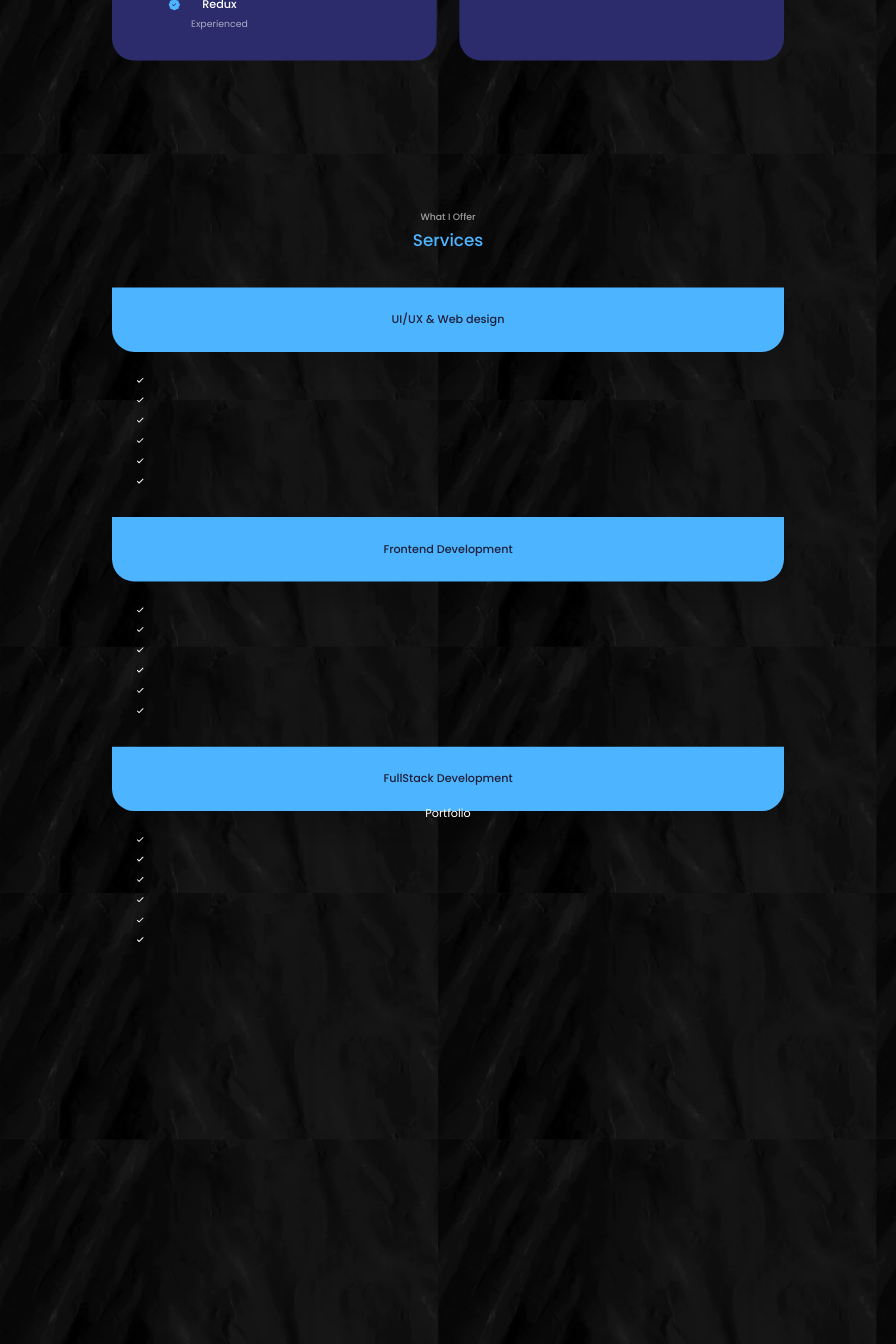
Repository: mayuri2018/Mr_react_portfolio
Page: /
An editor plug-in stored every save of this project. The page is shown before and after the next save, followed by the edit.
The browser window is 1280 px wide. The pictures show the part of the page from y = 2244 to 4164 px (the page is 5835 px tall), at 70% of full size.
The project was rebuilt for these pictures with package versions that can differ from the ones it lists, and the page was loaded fresh each time. Also part of the build but not shown: src/components/portfolio/portfolio.css, src/components/testimonials/testimonials.css, src/components/contact/contact.css, src/components/footer/footer.css.

Above is the page before, as saved 2023-01-25 14:59:39.

### public/index.html
<!DOCTYPE html>
<html lang="en">
  <head>
    <meta charset="utf-8" />
    <link rel="icon" href="%PUBLIC_URL%/favicon.ico" />
    <meta name="viewport" content="width=device-width, initial-scale=1" />
    <meta name="theme-color" content="#000000" />
    <meta
      name="description"
      content="Web site created using create-react-app"
    />
    <link rel="apple-touch-icon" href="%PUBLIC_URL%/logo192.png" />
    <!--
      manifest.json provides metadata used when your web app is installed on a
      user's mobile device or desktop. See https://developers.google.com/web/fundamentals/web-app-manifest/
    -->
    <link rel="manifest" href="%PUBLIC_URL%/manifest.json" />
    <!--
      Notice the use of %PUBLIC_URL% in the tags above.
      It will be replaced with the URL of the `public` folder during the build.
      Only files inside the `public` folder can be referenced from the HTML.

      Unlike "/favicon.ico" or "favicon.ico", "%PUBLIC_URL%/favicon.ico" will
      work correctly both with client-side routing and a non-root public URL.
      Learn how to configure a non-root public URL by running `npm run build`.
    -->
    <title>React portfolio</title>
  </head>
  <body>
    <noscript>You need to enable JavaScript to run this app.</noscript>
    <div id="root"></div>
    <!--
      This HTML file is a template.
      If you open it directly in the browser, you will see an empty page.

      You can add webfonts, meta tags, or analytics to this file.
      The build step will place the bundled scripts into the <body> tag.

      To begin the development, run `npm start` or `yarn start`.
      To create a production bundle, use `npm run build` or `yarn build`.
    -->
  </body>
</html>

### src/index.css
@import url('https://fonts.googleapis.com/css2?family=Poppins:wght@300;400;500;600&display=swap');
*{
  margin:0;
  padding: 0;
  border: 0;
  outline: 0;
  box-sizing:border-box;
  list-style: none;
  text-decoration: none;
}
:root{
  --color-bg:#1f1f38;
  --color-bg-variant:#2c2c6c;
  --color-primary:#4db5ff;
  --color-primary-vriant:rgba(77,181,255,0.4);
  --color-white:#fff;
  --color-light:rgba(255, 255, 255, 0.6);
  --transition: all 400ms;
  --container-width-lg:75%;
  --container-width-md:86%;
  --container-width-sm:90%;
}

html {
  scroll-behavior: smooth;
}

::-webkit-scrollbar{
  display: none;
}
body{
  font-family: "Poppins", sans-serif;
  background:var (--color-white);
  color: var(--color-white);
  line-height: 1.7;
  background-image: url(../src/assets/bg-texture.webp);
}
/*---------general style---------*/
.container{
  width: var(--container-width-lg);
  margin: 0 auto;
}

h1,
h2,
h3,
h4,
h5{
  font-weight:500;
}
h1{
  font-size: 2.5rem;
}
section{
  margin-top: 8rem;
  height: 100vh;
}
section > h2,
section >h5{
  text-align: center;
  color: var(--color-light);
}
section > h2{
  color: var(--color-primary);
  margin-bottom: 3rem;
}
.text-light{
  color: var(--color-light);
}
a{
  color: var(--color-primary);
  transition: var(--transition);
}
a:hover{
  color: var(--color-white);
}
.btn{
  width: max-content;
  display: inline-block;
  color: var(--color-primary);
  padding: 0.75rem 1.2rem;
  border-radius: 0.4rem;
  cursor: pointer;
  border: 1px solid var(--color-primary);
  transition: var(--transition);
}
.btn:hover{
  background: var(--color-white);
  color: var(--color-bg);
  border-color: transparent;
}
.btn-primary{
  background: var(--color-primary);
  color: var(--color-bg);
}
img{
  display: block;
  width: 100%;
  object-fit: cover;
}
/*----------Media Queries (Medium devices)-----*/
@media screen and (max-width: 1024px){
  .container{
    width: var(--container-width-md);
  }
  section{
    margin-top: 6rem;
  }

}
/*----------Media Queries (small devices)-----*/
@media screen and (max-width: 600px){
  .container{
    width: var(--container-width-md);
  }
  section > h2{
    margin-bottom: 2rem;
  }

}

### src/components/header/Header.jsx
import React from "react";
import "./header.css";
import ME from "../../assets/ME.jpeg";
import CTA from "./CTA";
import HeaderSocials from "./HeaderSocials";

export default function Header(){
    return(
        <header>
            <div className="container header_container">
                <h5>Hello I'm</h5>
                <h1>Mayuri Vaddempudi</h1>
                <h5 className="text-light">Fullstack Developer</h5>
                <CTA/>
                <HeaderSocials/>
                <div className="me">
                    <img src={ME} alt="me"/>
                </div>
                <a href="#contact" className="scroll_down">Scroll Down</a>
            </div>
        </header>

    )
}

### src/components/nav/Nav.jsx
import React from "react";
import "./nav.css";
import {AiOutlineHome} from "react-icons/ai";
import {BiBook} from "react-icons/bi";
import {AiOutlineUser} from "react-icons/ai";
import {RiServiceLine} from "react-icons/ri";
import {BiMessageSquareDetail} from "react-icons/bi";
import { useState } from "react";

export default function Nav(){
    const[activeNav, setActiveNav] = useState("#")
    return(
        <nav>
            <a href="#" onClick = {()=> setActiveNav("#")}className={activeNav === "#" ? "active" : ""}><AiOutlineHome/></a>
            <a href="#about" onClick = {()=> setActiveNav("#about")}className={activeNav === "#about" ? "active" : ""}><AiOutlineUser/></a>
            <a href="#experience" onClick = {()=> setActiveNav("#experience")}className={activeNav === "#experience" ? "active" : ""}><BiBook/></a>
            <a href="#services" onClick = {()=> setActiveNav("#services")}className={activeNav === "#services" ? "active" : ""}><RiServiceLine/></a>
            <a href="#contact" onClick = {()=> setActiveNav("#contact")}className={activeNav === "#contact" ? "active" : ""}><BiMessageSquareDetail/></a>
        </nav>

    )
}

### src/components/about/About.jsx
import React from "react";
import "./about.css";
import ME from "../../assets/ME.jpeg";
import{FaAward} from "react-icons/fa";
import{FiUsers} from "react-icons/fi";
import{VscFolderLibrary} from "react-icons/vsc";

export default function About(){
    return(
        <section id="about">
            <h5>Get To Know</h5>
            <h2>About Me</h2>
            <div className="container about_container">
                <div className="about_me">
                    <div className="about_me-image">
                        <img src={ME} alt="About-image"/>
                    </div>
                </div>

                <div className="about_content">
                    <div className="about_cards">
                        <article className="about_card">
                            <FaAward className="about_icon"/>
                            <h5>Experience</h5>
                            <small>4+ Years working</small>
                        </article>

                        <article className="about_card">
                            <FiUsers className="about_icon"/>
                            <h5>Clients</h5>
                            <small>5 Worldwide</small>
                        </article>

                        <article className="about_card">
                            <VscFolderLibrary className="about_icon"/>
                            <h5>Projects</h5>
                            <small>5+ Completed</small>
                        </article>
                    </div>
                    <p>
                    Overall with 4 years of experience including design & developing for building websites.
                    My experience in web design led me to learn technologies such as SEO, Google Analytics,
                    Schema Markup and Wireframe.
                    Passionate about work in cross-functional teams and delivering the best solutions for customers.
                    Currently working on web apps created on ReactJs, Redux, React-router, and Axios.
                    Open for relocation and working as a front-end.
                    </p>
                    <a href="#contact" className="btn-primary">Let's Talk</a>
                </div>
            </div>
        </section>
    )
}

### src/components/services/Services.jsx
import React from "react";
import "./services.css";
import{BiCheck} from "react-icons/bi"

export default function Services(){
    return(
        <section id="services">
            <h5>What I Offer</h5>
            <h2>Services</h2>
            <div className="container service_container">
                <article className="service">
                    <div className="service_head">
                        <h3>UI/UX & Web design</h3>
                    </div>
                    <ul className="service_list">
                        <li>
                            <BiCheck className="service_list-icon"/>
                            <p></p>
                        </li>
                        <li>
                            <BiCheck className="service_list-icon"/>
                            <p></p>
                        </li>
                        <li>
                            <BiCheck className="service_list-icon"/>
                            <p></p>
                        </li>
                        <li>
                            <BiCheck className="service_list-icon"/>
                            <p></p>
                        </li>
                        <li>
                            <BiCheck className="service_list-icon"/>
                            <p></p>
                        </li>
                        <li>
                            <BiCheck className="service_list-icon"/>
                            <p></p>
                        </li>
                    </ul>
                </article>
                {/*End of UI/UX */}
                <article className="service">
                    <div className="service_head">
                        <h3>Frontend Development</h3>
                    </div>
                    <ul className="service_list">
                        <li>
                            <BiCheck className="service_list-icon"/>
                            <p></p>
                        </li>
                        <li>
                            <BiCheck className="service_list-icon"/>
                            <p></p>
                        </li>
                        <li>
                            <BiCheck className="service_list-icon"/>
                            <p></p>
                        </li>
                        <li>
                            <BiCheck className="service_list-icon"/>
                            <p></p>
                        </li>
                        <li>
                            <BiCheck className="service_list-icon"/>
                            <p></p>
                        </li>
                        <li>
                            <BiCheck className="service_list-icon"/>
                            <p></p>
                        </li>
                    </ul>
                </article>
                {/*End of Frontend */}
                <article className="service">
                    <div className="service_head">
                        <h3>FullStack Development</h3>
                    </div>
                    <ul className="service_list">
                        <li>
                            <BiCheck className="service_list-icon"/>
                            <p></p>
                        </li>
                        <li>
                            <BiCheck className="service_list-icon"/>
                            <p></p>
                        </li>
                        <li>
                            <BiCheck className="service_list-icon"/>
                            <p></p>
                        </li>
                        <li>
                            <BiCheck className="service_list-icon"/>
                            <p></p>
                        </li>
                        <li>
                            <BiCheck className="service_list-icon"/>
                            <p></p>
                        </li>
                        <li>
                            <BiCheck className="service_list-icon"/>
                            <p></p>
                        </li>
                    </ul>
                </article>
                {/*End of fullstack */}
            </div>
        </section>
    )
}

### src/components/portfolio/Portfolio.jsx
import React from "react";
import "./portfolio.css";

export default function Portfolio(){
    return(
        <section id="portfolio">Portfolio</section>
    )
}

### src/components/testimonials/Testimonials.jsx
import React from "react";
import "./testimonials.css";

export default function Testimonials(){
    return(
        <section id="testimonials">Testimonials</section>
    )
}

### src/components/contact/Contact.jsx
import React from "react";
import "./contact.css";

export default function Contact(){
    return(
        <section id="contact">Contact</section>
    )
}

### src/components/footer/Footer.jsx
import React from "react";
import "./footer.css";

export default function Footer(){
    return(
        <div>Footer</div>
    )
}

### src/components/header/header.css
header{
    height: 100vh;
    padding-top: 7rem;
    overflow: hidden;
}
.header_container{
    text-align: center;
    height: 100%;
    position: relative;
}
/*------------CTA-----------*/
.cta{
    margin-top: 2.5rem;
    display: flex;
    gap: 1.2rem;
    justify-content: center;
}
/*------------headerSocials-----------*/
.header_socials{
    display: flex;
    flex-direction: column;
    align-items: center;
    gap: 0.8rem;
    position: absolute;
    left: 0;
    bottom: 3rem;
}
.header_socials::after{
    content: "";
    width: 1px;
    height: 2rem;
    background: var(--color-primary);
}
/*------------ME-----------*/
.me{
    background: linear-gradient(var(--color-primary), transparent);
    width: 22rem;
    height: 30rem;
    position: absolute;
    left: calc(50% - 11rem);
    margin-top: 4rem;
    border-radius: 12rem 12rem 0 0;
    overflow: hidden;
    padding: 5rem 1.5rem 1.5rem 1.5rem;
}
/*------------scroll down-----------*/
.scroll_down{
    position: absolute;
    right: -2.3rem;
    bottom: 5rem;
    transform: rotate(90deg);
    font-weight: 300;
    font-size: 0.9;
}
/*----------Media Queries (Medium devices)-----*/
@media screen and (max-width: 1024px){
    header{
        height: 68vh;
    }

  }
  /*----------Media Queries (small devices)-----*/
  @media screen and (max-width: 600px){
    header{
        height: 100vh;
    }
    .header_socials,
    .scroll_down{
        display: none;
    }
  }

### src/components/header/CTA.jsx
import React from "react";

export default function CTA(){
    return(
        <div className="cta">
           <a href="{CV}" className="btn">Download CV</a>
           <a href="#contact" className="btn btn-primary">Let's Talk</a>
        </div>
    )
}

### src/components/header/HeaderSocials.jsx
import React from "react";
import {BsLinkedin} from "react-icons/bs";
import {BsGithub} from "react-icons/bs";
import {FaDribbble} from "react-icons/fa";

export default function HeaderSocials(){
    return(
        <div className="header_socials">
            <a href="https://linkedin.com" target="_blank"><BsLinkedin/></a>
            <a href="https://github.com" target="_blank"><BsGithub/></a>
            <a href="https://dribble.com" target="_blank"><FaDribbble/></a>
        </div>
    )
}

### src/components/nav/nav.css
nav{
    background: rgba(0, 0, 0, 0.3);
    width: max-content;
    display: block;
    padding: 0.7rem 1.7rem;
    z-index: 2;
    position: fixed;
    left: 50%;
    transform: translate(-50%);
    bottom: 2rem;
    display: flex;
    gap: 0.8rem;
    border-radius: 3rem;
    backdrop-filter: blur(15px);
}
nav a{
    background: transparent;
    padding: 0.9rem;
    border-radius: 50%;
    display: flex;
    color: var(--color-light);
    font-size: 1.1rem;
}
nav a:hover{
    background:rgba(0, 0, 0, 0.3);
}
nav a.active{
    background: var(--color-bg);
    color: var(--color-white);
}

### src/components/about/about.css
.about_container{
    display: grid;
    grid-template-columns: 35% 50%;
    gap:15%;
}

.about_me{
    width: 100%;
    aspect-ratio: 1/1;
    border-radius: 2rem;
    background: linear-gradient(
        45deg,
        transparent,
        var(--color-primary),
        transparent);
    display: grid;
    place-items: center;
}

.about_me-image{
    border-radius: 2rem;
    overflow: hidden;
    transform: rotate(10deg);
    transition: var(--transition);
}

.about_me-image:hover{
    transform: rotate(0);
}
.about_cards{
    display: grid;
    grid-template-columns: repeat(3, 1fr);
    gap: 1.5em;
}

.about_card{
    background: var(--color-bg-variant);
    border: 1px solid transparent;
    border-radius: 1rem;
    padding: 2rem;
    text-align: center;
    transition: var(--transition);
}

.about_card:hover{
    background: transparent;
    border-color: var(--color-primary-variant);
    cursor: default;
}

.about_icon{
    color: var(--color-primary);
    font-size: 1.4rem;
    margin-bottom: 1rem;
}
.about_card h5{
    font-size: 0.9rem;
}

.about_card small{
    font-size: 0.7rem;
    color: var(--color-light);
}

.about_content p{
    margin: 2rem 0 2.6rem;
    color:var(--color-light);
}

/*----------Media Queries (Medium devices)-----*/
@media screen and (max-width: 1024px){
    .about_container{
        grid-template-columns: 1fr;
        gap:0;
    }
    .about_me{
        width: 50%;
        margin: 1rem 0 1.5rem;
    }

  }
  /*----------Media Queries (small devices)-----*/
  @media screen and (max-width: 600px){
    .about_me{
        width: 65%;
        margin: 0 auto 3rem;
    }
    .about_cards{
        grid-template-columns: 1fr 1fr;
        gap:1rem ;
    }
    .about_content{
        text-align: center;
    }
    .about_content p{
        margin: 1.5rem 0;
    }
  }

### src/components/experience/experience.css
.experience_container{
    display: grid;
    grid-template-columns: 1fr 1fr;
    gap:2rem;
}
.experience_container > div{
    background:var(--color-bg-variant);
    padding: 2.4rem 5rem;
    border-radius: 2rem;
    border: 1px solid transparent;
    transition: var(--transition);
}

.experience_container > div:hover{
    background: transparent;
    border-color: var(--color-primary-variant);
    cursor: default;
}
.experience_container > div h3{
    text-align: center;
    margin-bottom: 2rem;
    color: var(--color-primary);
}

.experience_container{
    display: grid;
    grid-template-columns: 1fr 1fr;
    row-gap: 2rem;
}
.experience_details{
    display: flex;
    gap:1rem;
}
.experience_details-icon{
    margin-top: 6px;
    color: var(--color-primary);
}

/*----------Media Queries (Medium devices)-----*/
@media screen and (max-width: 1024px){
    .experience_container{
        grid-template-columns: 1fr;
    }
    .experience_container > div{
        width: 80%;
        padding: 2rem;
        margin: 0 auto;
    }
    .experience_content{
        padding: 1rem;
    }

  }
  /*----------Media Queries (small devices)-----*/
  @media screen and (max-width: 600px){
   .experience_container{
    gap:1rem;
   }
   .experience_container > div{
    width: 100%;
    padding: 2rem 1rem;
   }
  }

### src/components/services/services.css
.services_container{
    display: grid;
    grid-template-columns: repeat(3 1fr);
    gap:3rem;
}
.services{
    background: var(--color-bg-variant);
    border-radius:0 0 2rem 2rem;
    height: fit-content;
    transition: var(--transition);
}
.services:hover{
    background: transparent;
    border-color: var(--color-primary-variant);
    cursor: default;
}
.service_head{
    background: var(--color-primary);
    padding: 2rem;
    border-radius: 0 0 2rem 2rem;
    box-shadow: 0 2rem 1rem rgba(0, 0, 0, 0.1);
}
.service_head h3{
    color: var(--color-bg);
    font-size: 1rem;
    text-align: center;
}
.service_list{
    padding: 2rem;
}
.service_list li{
    display: flex;
    gap:1rem;
    margin-bottom: 0.8rem;
}

Loaded but not shown: src/index.js (common file); src/reportWebVitals.js (common file); src/App.css (common file); src/App.js (30 lines, source omitted); src/components/experience/Experience.jsx (127 lines, source omitted)

After the next save:
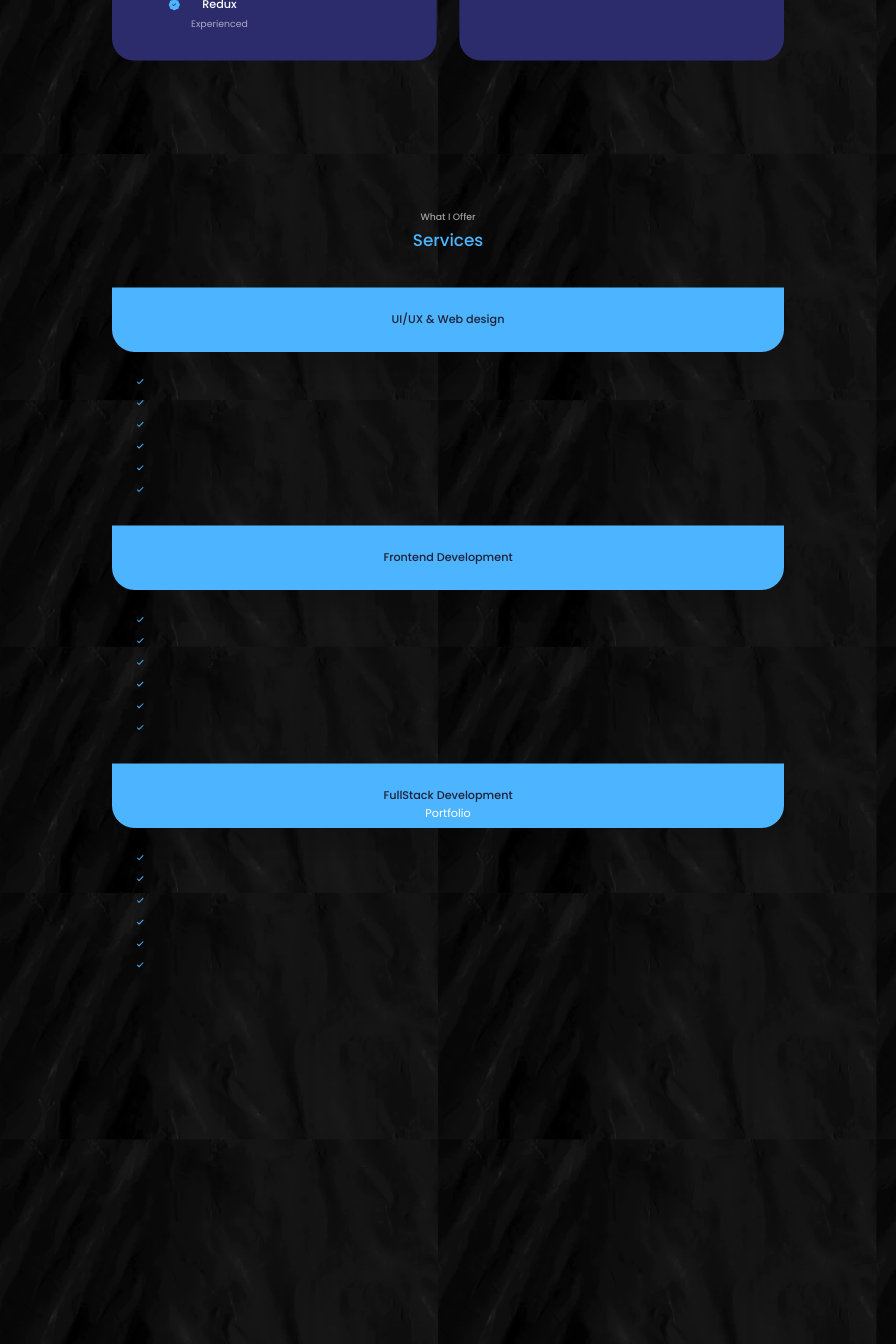
Saved 104 s later.
--- a/src/components/services/services.css
+++ b/src/components/services/services.css
@@ -33,3 +33,10 @@
     gap:1rem;
     margin-bottom: 0.8rem;
 }
+.service_list-icon{
+    color:var(--color-primary);
+    margin-top: 2px;
+}
+.service_list p{
+
+}
